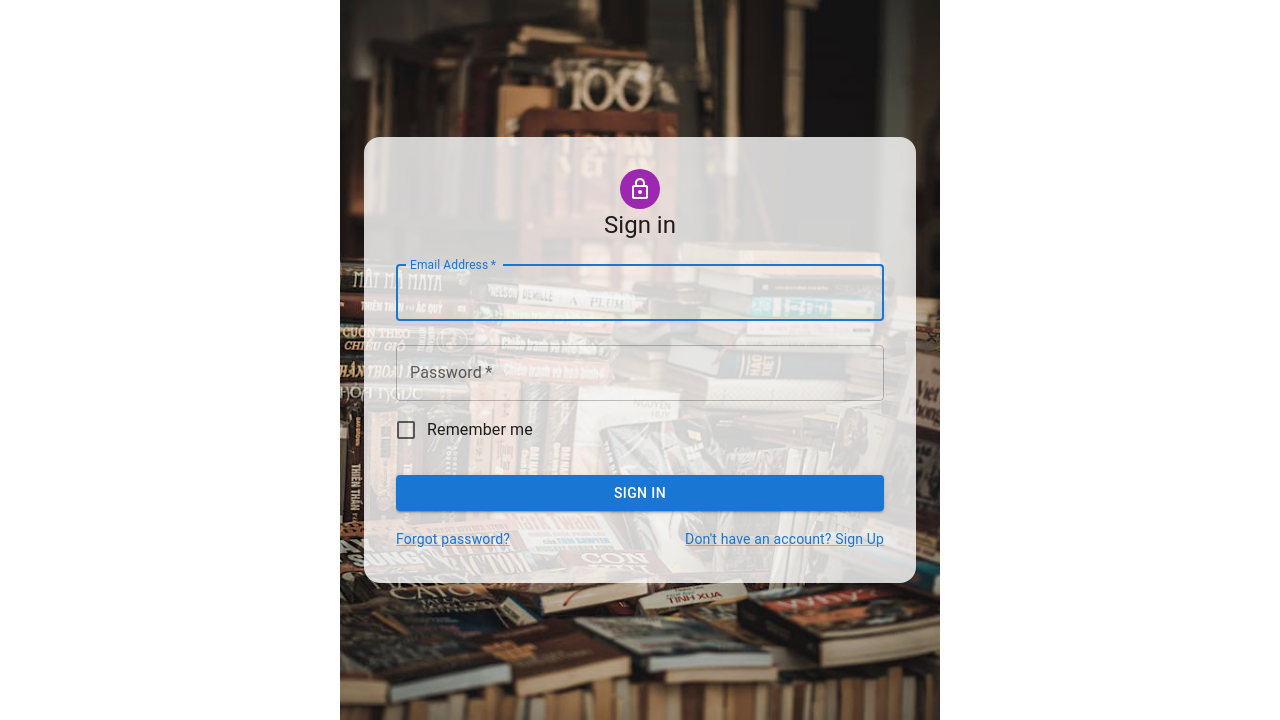
Repository: Milith97/Book-Borrowing-System
Page: /
The author's editor kept a copy of each file at every save. The page is drawn from the files as they stood at one save, then again after the next save.
The browser window is 1280 px wide. The pictures show the whole page.
The project was rebuilt for these pictures with package versions that can differ from the ones it lists, and the page was loaded fresh each time. Also part of the build but not shown: vite.config.js, src/Componnts/SignUp.jsx, src/index.css.

Above is the page before, as saved 2024-03-25 13:46:01.

### src/App.jsx
import React from 'react';
import { BrowserRouter as Router, Route, Routes, Navigate } from 'react-router-dom';
import SignIn from './Componnts/SignIn';
import SignUp from './Componnts/SignUp';

function App() {
  return (
    <Router>
      <Routes>
        <Route path="/" element={<Navigate replace to="/signin" />} />
        <Route path="/signin" element={<SignIn />} />
        <Route path="/signup" element={<SignUp />} />
        {/* Redirects any other path to /signin */}
        <Route path="*" element={<Navigate replace to="/signin" />} />
      </Routes>
    </Router>
  );
}

export default App;

### src/Componnts/SignIn.jsx
import React from 'react';
import { Link as RouterLink } from 'react-router-dom';
import Avatar from '@mui/material/Avatar';
import Button from '@mui/material/Button';
import CssBaseline from '@mui/material/CssBaseline';
import TextField from '@mui/material/TextField';
import FormControlLabel from '@mui/material/FormControlLabel';
import Checkbox from '@mui/material/Checkbox';
import Link from '@mui/material/Link';
import Grid from '@mui/material/Grid';
import Box from '@mui/material/Box';
import LockOutlinedIcon from '@mui/icons-material/LockOutlined';
import Typography from '@mui/material/Typography';
import Container from '@mui/material/Container';
import { createTheme, ThemeProvider } from '@mui/material/styles';

// Import your image
import signInImage from '../assets/img/signin.jpg';

const defaultTheme = createTheme();

export default function SignIn() {
  return (
    <ThemeProvider theme={defaultTheme}>
      <Container
        component="main"
        maxWidth="sm"
        sx={{
          backgroundImage: `url(${signInImage})`,
          backgroundSize: 'cover',
          backgroundPosition: 'center',
          minHeight: '100vh',
          maxWidth: '100vh',
          display: 'flex',
          alignItems: 'center',
          justifyContent: 'center',
        }}
      >
        <CssBaseline />
        <Box sx={{ bgcolor: 'rgba(255, 255, 255, 0.8)', p: 4, borderRadius: 4, minWidth: 300 }}>
          <Avatar sx={{ m: 1, bgcolor: 'secondary.main', margin: 'auto' }}>
            <LockOutlinedIcon />
          </Avatar>
          <Typography component="h1" variant="h5" align="center">
            Sign in
          </Typography>
          <Box component="form" noValidate sx={{ mt: 1 }}>
            <TextField
              margin="normal"
              required
              fullWidth
              id="email"
              label="Email Address"
              name="email"
              autoComplete="email"
              autoFocus
            />
            <TextField
              margin="normal"
              required
              fullWidth
              name="password"
              label="Password"
              type="password"
              id="password"
              autoComplete="current-password"
            />
            <FormControlLabel
              control={<Checkbox value="remember" color="primary" />}
              label="Remember me"
            />
            <Button
              type="submit"
              fullWidth
              variant="contained"
              sx={{ mt: 3, mb: 2 }}
            >
              Sign In
            </Button>
            <Grid container>
              <Grid item xs>
                <Link component={RouterLink} to="#" variant="body2">
                  Forgot password?
                </Link>
              </Grid>
              <Grid item>
                <Link component={RouterLink} to="/signup" variant="body2">
                  {"Don't have an account? Sign Up"}
                </Link>
              </Grid>
            </Grid>
          </Box>
        </Box>
      </Container>
    </ThemeProvider>
  );
}

Loaded but not shown: index.html (common file); src/main.jsx (common file)

After the next save:
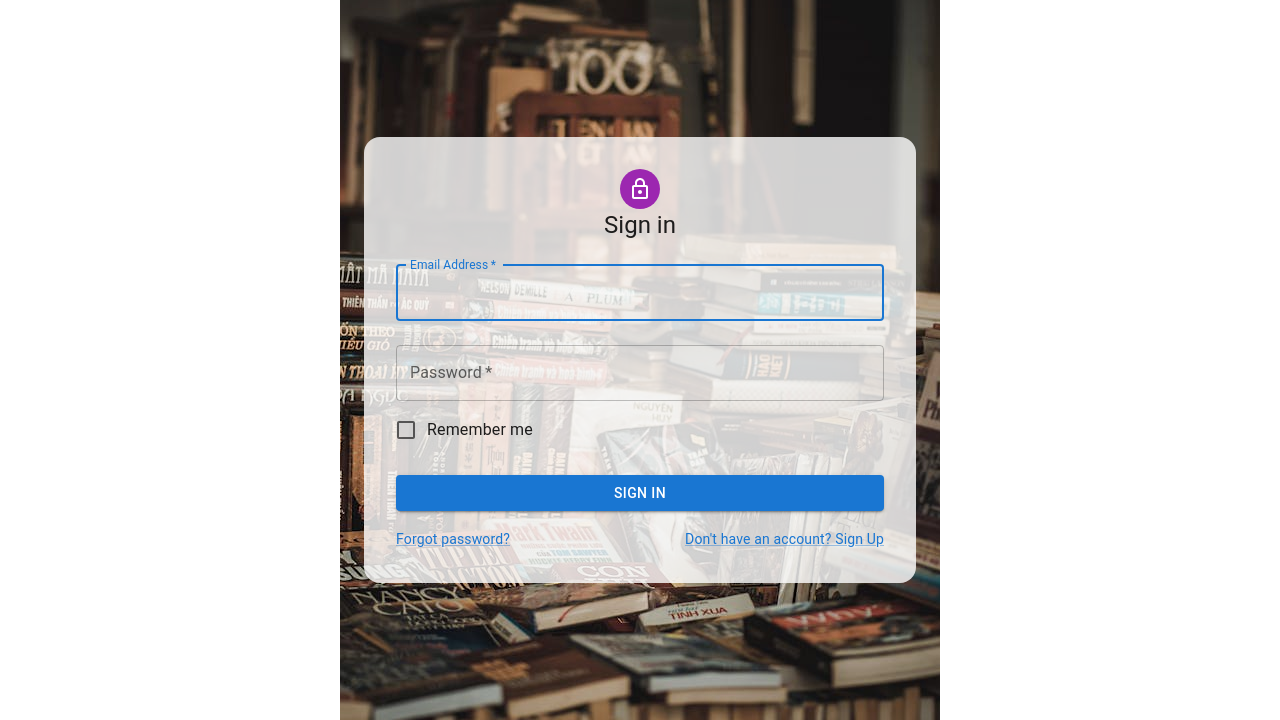
Saved 25 s later.
--- a/src/Componnts/SignIn.jsx
+++ b/src/Componnts/SignIn.jsx
@@ -27,7 +27,7 @@
         maxWidth="sm"
         sx={{
           backgroundImage: `url(${signInImage})`,
-          backgroundSize: 'cover',
+
           backgroundPosition: 'center',
           minHeight: '100vh',
           maxWidth: '100vh',

After the 3 saves that followed:
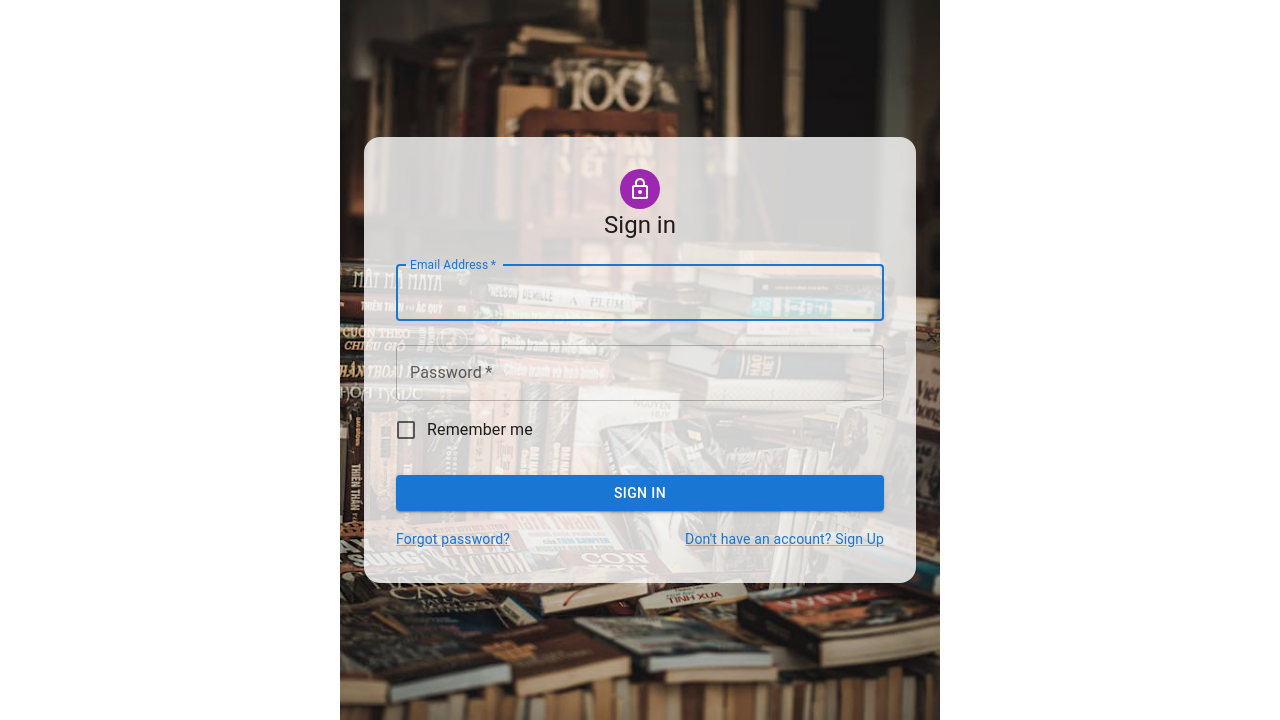
The 3 saves are shown as one change because 2 left the picture as it was.
The last was saved 32 s later.
--- a/src/Componnts/SignIn.jsx
+++ b/src/Componnts/SignIn.jsx
@@ -27,10 +27,9 @@
         maxWidth="sm"
         sx={{
           backgroundImage: `url(${signInImage})`,
-
+          backgroundSize: 'cover',
           backgroundPosition: 'center',
           minHeight: '100vh',
-          maxWidth: '100vh',
           display: 'flex',
           alignItems: 'center',
           justifyContent: 'center',
